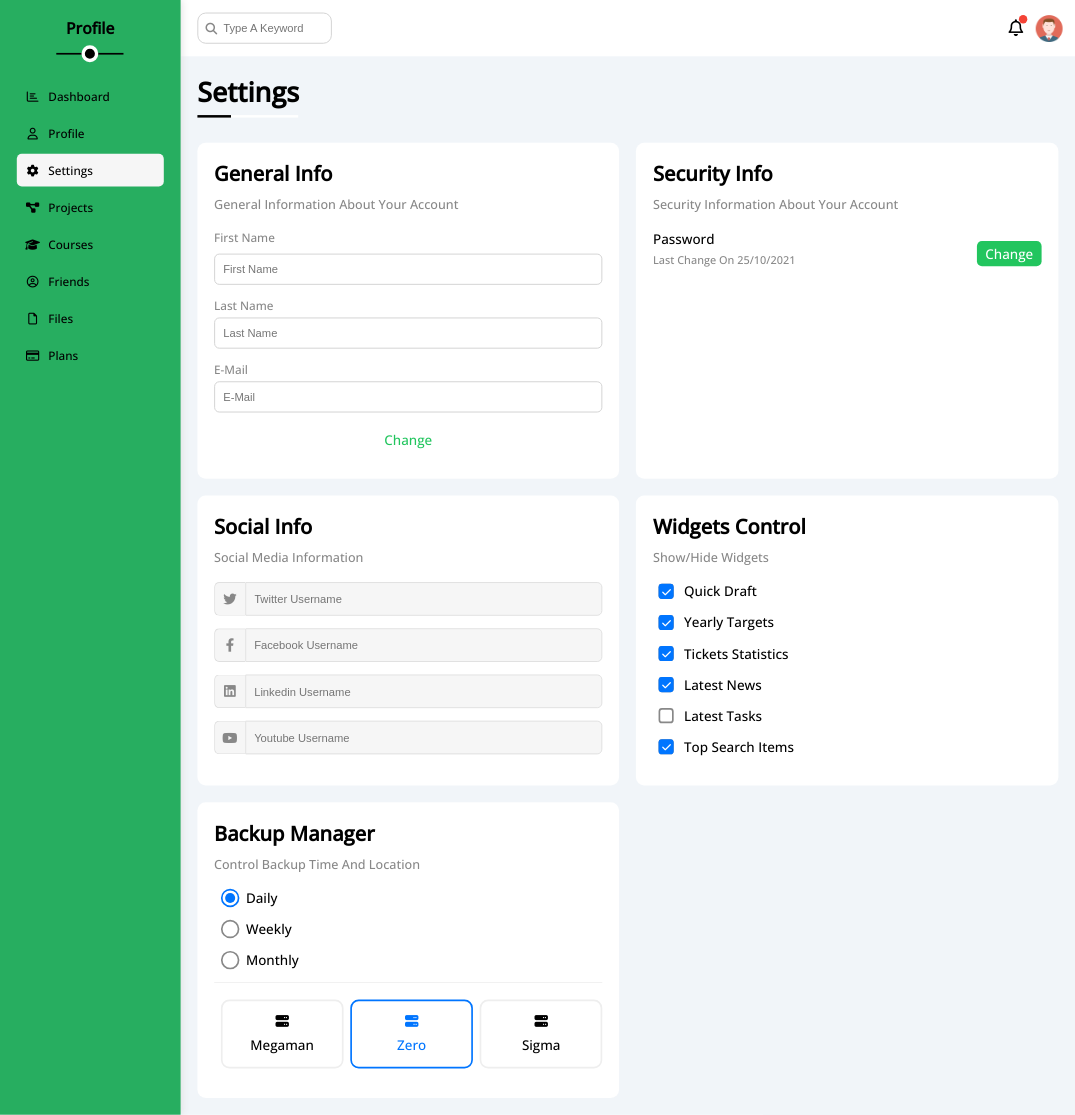
Repository: souhailaniba/Bookly
Page: public/assets/books webstie/settings.html
The author's editor kept a copy of each file at every save. The page is drawn from the files as they stood at one save, then again after the next save.
The browser window is 1280 px wide. The pictures show the whole page, at 84% of full size.

Above is the page before, as saved 2023-01-27 14:52:06.

After the next save:
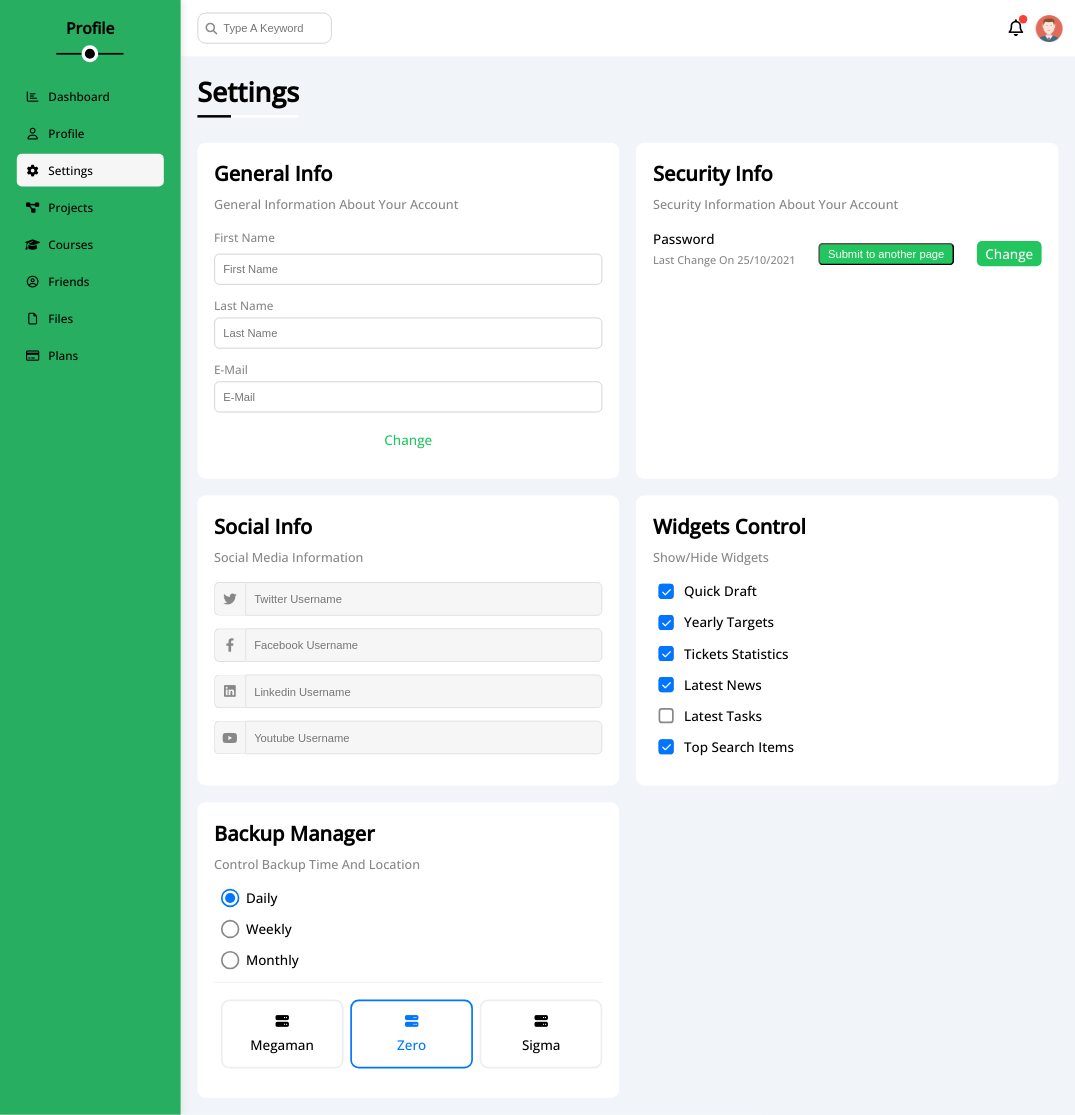
Saved 107 s later.
--- a/public/assets/books webstie/settings.html
+++ b/public/assets/books webstie/settings.html
@@ -127,6 +127,7 @@
                 <span>Password</span>
                 <p class="c-grey mt-5 mb-0 fs-13">Last Change On 25/10/2021</p>
               </div>
+              <button class="button bg-green c-white btn-shape" type="submit" formaction="/action_page2.php">Submit to another page</button>
               <a class="button bg-green c-white btn-shape" href="#">Change</a>
             </div>
           </div>
